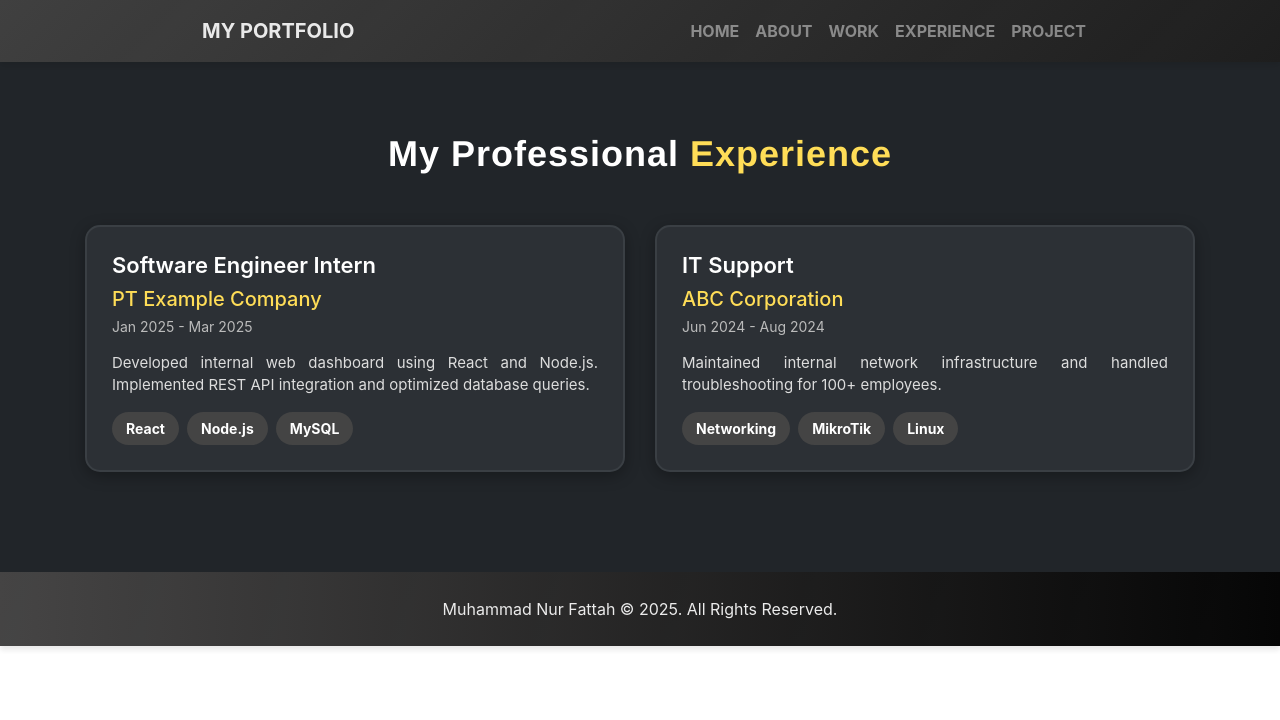
Repository: nurFattahh/Web-Portofolio
Page: /work
An editor plug-in stored every save of this project. The page is shown before and after the next save, followed by the edit.
The browser window is 1280 px wide. The pictures show the whole page.
The project was rebuilt for these pictures with package versions that can differ from the ones it lists, and the page was loaded fresh each time. Also part of the build but not shown: vite.config.js, src/components/Home/Home.css, src/components/Home/Home.jsx, src/components/About/About.css, src/components/About/Skillset.css, src/components/About/About.jsx, src/data/ImageImport.js, src/data/Projects.js and 6 more.

Above is the page before, as saved 2026-02-12 04:15:57.

After the next save:
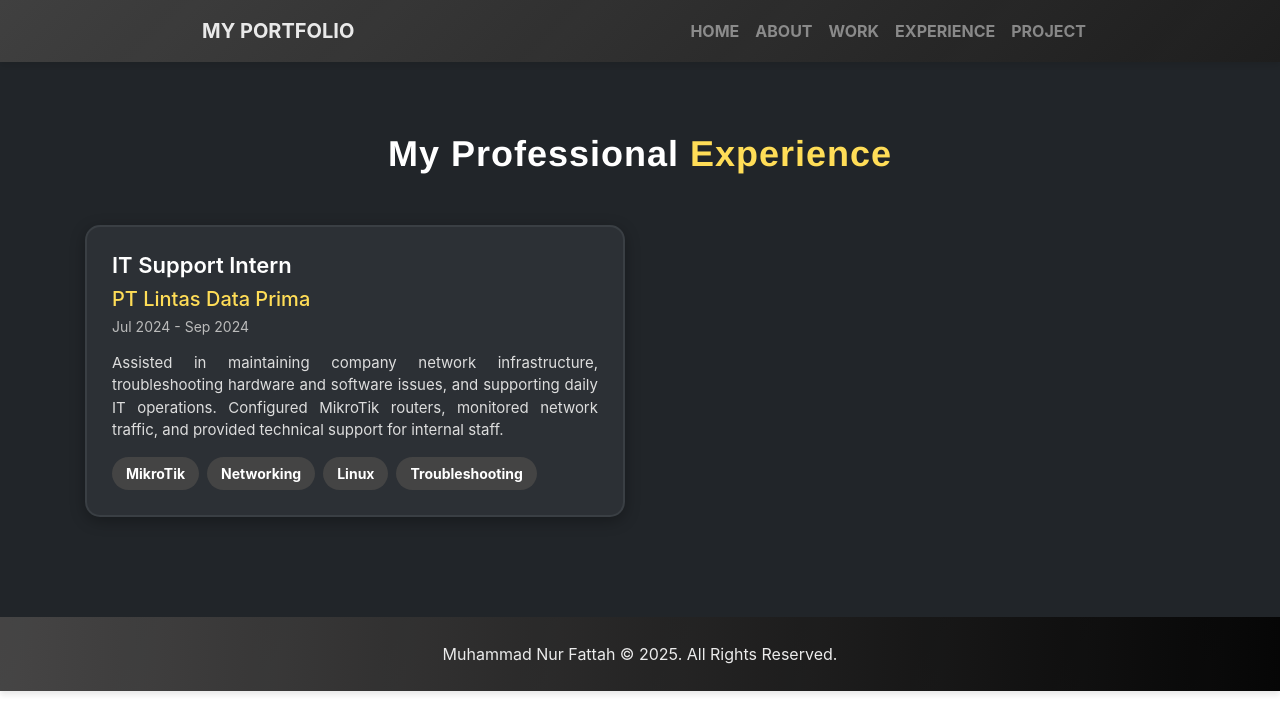
Saved 13 s later.
--- a/src/components/Work/Work.jsx
+++ b/src/components/Work/Work.jsx
@@ -1,26 +1,6 @@
 import React from "react";
 import "./Work.css";
-
-const workData = [
-  {
-    id: 1,
-    position: "Software Engineer Intern",
-    company: "PT Example Company",
-    duration: "Jan 2025 - Mar 2025",
-    description:
-      "Developed internal web dashboard using React and Node.js. Implemented REST API integration and optimized database queries.",
-    tech: ["React", "Node.js", "MySQL"],
-  },
-  {
-    id: 2,
-    position: "IT Support",
-    company: "ABC Corporation",
-    duration: "Jun 2024 - Aug 2024",
-    description:
-      "Maintained internal network infrastructure and handled troubleshooting for 100+ employees.",
-    tech: ["Networking", "MikroTik", "Linux"],
-  },
-];
+import workData from "../../data/Work";
 
 const Work = () => {
   return (
@@ -37,7 +17,6 @@
                 <h3 className="work-position">{work.position}</h3>
                 <h5 className="work-company">{work.company}</h5>
                 <p className="work-duration">{work.duration}</p>
-
                 <p className="work-description">{work.description}</p>
 
                 <div className="work-tech">
